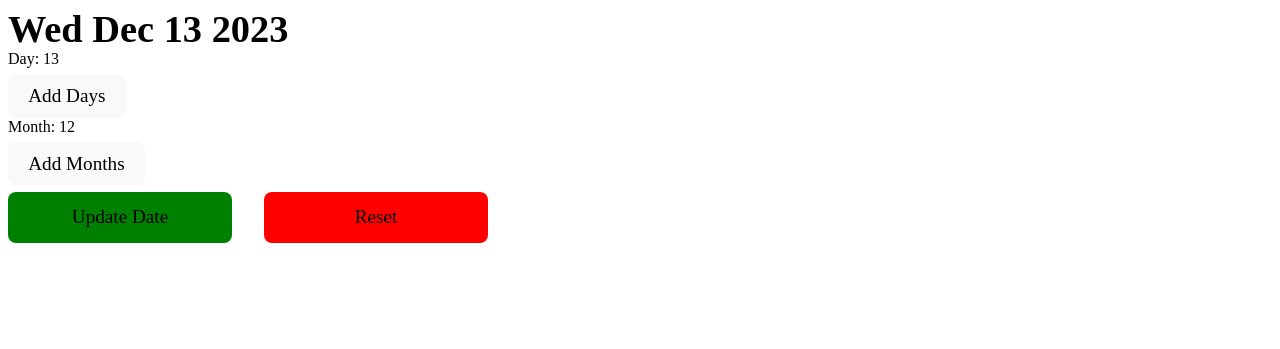
Repository: Tobby004/secondvue-assignment
Page: / (app in second-vue/)
These files come from the project's save history. The page is drawn as it stood at one moment and after the next save; the edit follows.
The browser window is 1280 px wide. The pictures show the whole page.
The project was rebuilt for these pictures with package versions that can differ from the ones it lists, and the page was loaded fresh each time. Also part of the build but not shown: second-vue/vue.config.js.

Above is the page before, as saved 2023-12-13 14:36:36.

### second-vue/src/main.js
import { createApp } from 'vue';
import App from './App.vue';

const app = createApp(App);

app.mount('#app');

### second-vue/src/App.vue
<template>
 <div class="container">
    <h1>{{ formattedDate }}</h1>

    <div>
      <p>
        Day: {{ newDay }}
        <span v-if="addedDay > 0">
          <template v-if="addedDay === 1"> (+ {{ addedDay }} day)</template>
          <template v-else> (+ {{ addedDay }} days)</template>
        </span>
      </p>
      <button @click="handleAddedDay">Add Days</button>
    </div>

    <div>
      <p>
        Month: {{ newMonth }}
        <span v-if="addedMonth > 0">
          <template v-if="addedMonth === 1"> (+ {{ addedMonth }} month)</template>
          <template v-else> (+ {{ addedMonth }} months)</template>
        </span>
      </p>
      <button @click="handleAddedMonth">Add Months</button>
    </div>

    <div class="action-btn">
      <button @click="handleChangeDate" class="change-btn" title="Click to set new date">
        Update Date
      </button>
      <button @click="handleReset" class="reset-btn">Reset</button>
    </div>
  </div>
</template>

<script>
export default {
  data() {
    return {
      currentDate: new Date(),
      addedDay: 0,
      addedMonth: 0,
    };
  },
  computed: {
    formattedDate() {
      return this.currentDate.toDateString();
    },
    newDay() {
      return this.addDay(this.addedDay).getDate();
    },
    newMonth() {
      return this.addMonth(this.addedMonth).getMonth() + 1;
    },
  },
  methods: {
    addDay(numberOfDays) {
      const newDate = new Date(this.currentDate);
      newDate.setDate(newDate.getDate() + numberOfDays);
      return newDate;
    },
    addMonth(numberOfMonths) {
      const newDate = new Date(this.currentDate);
      newDate.setMonth(newDate.getMonth() + numberOfMonths);
      return newDate;
    },
    handleAddedDay() {
      this.addedDay += 1;
    },
    handleAddedMonth() {
      this.addedMonth += 1;
    },
    handleChangeDate() {
      const resultDate = this.addMonth(this.addedMonth, this.addDay(this.addedDay));
      this.currentDate = resultDate;
    },
    handleReset() {
      this.currentDate = new Date();
      this.addedDay = 0;
      this.addedMonth = 0;
    },
  },
};
</script>


<style scoped>
:root {
  font-family: Inter, system-ui, Avenir, Helvetica, Arial, sans-serif;
  line-height: 1.5;
  font-weight: 400;
  color-scheme: light dark;
  color: rgba(255, 255, 255, 0.87);
  background-color: #242424;
  font-synthesis: none;
  text-rendering: optimizeLegibility;
  -webkit-font-smoothing: antialiased;
  -moz-osx-font-smoothing: grayscale;
}

/* Global styles */
* {
  margin: 0;
  padding: 0;
  box-sizing: border-box;
}

/* HTML styles */
html {
  /* 1rem = 10px(62.5%) */
  font-size: 62.5%;
}

/* Body styles */
body {
  min-width: 32rem;
  min-height: 100vh;
  font-size: 1.6rem;
  display: flex;
  place-items: center;
  justify-content: center;
  align-items: center;
}

/* Heading styles */
h1 {
  font-size: 2.4rem;
  line-height: 1.1;
}

/* Button styles */
button {
  border-radius: 8px;
  border: 1px solid transparent;
  padding: 0.6rem 1.2rem;
  margin-top: 0.4rem;
  font-size: 1.2rem;
  font-weight: 500;
  font-family: inherit;
  background-color: blue;
  cursor: pointer;
  transition: border-color 0.25s;
}

button:hover {
  border-color: #646cff;
}

button:focus,
button:focus-visible {
  outline: 4px auto -webkit-focus-ring-color;
}

/* App container styles */
#app {
  padding: 2rem;
  text-align: center;
}

/* .app styles */
.app {
  display: flex;
  flex-direction: column;
  align-items: center;
  gap: 2rem;
}

/* .action-btn styles */
.action-btn {
  display: flex;
  gap: 2rem;
}

.action-btn > button {
  width: 14rem;
  height: 3.2rem;
}

/* .change-btn styles */
.change-btn {
  background-color: green;
}

/* .reset-btn styles */
.reset-btn {
  background-color: red;
}

/* Media query for light color scheme */
@media (prefers-color-scheme: light) {
  :root {
    color: #213547;
    background-color: #ffffff;
  }

  button {
    background-color: #f9f9f9;
  }
}
</style>

Loaded but not shown: second-vue/public/index.html (common file)

After the next save:
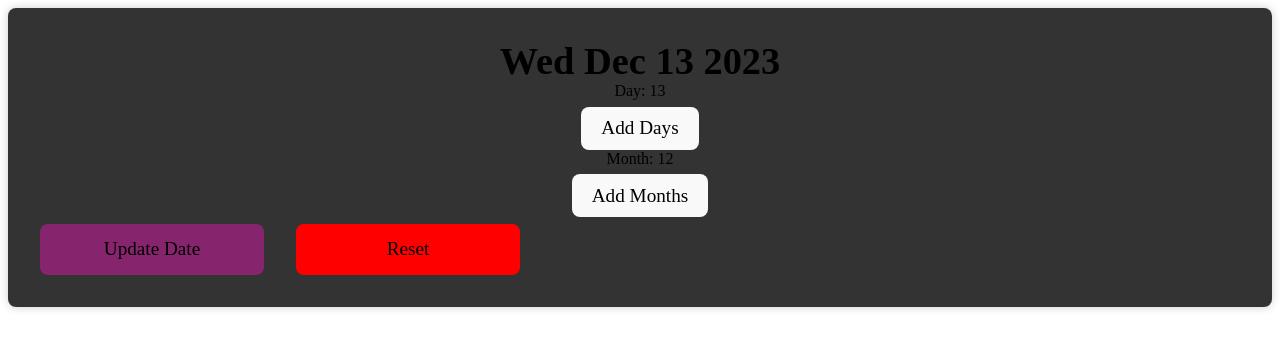
Saved 103 s later.
--- a/second-vue/src/App.vue
+++ b/second-vue/src/App.vue
@@ -97,21 +97,24 @@ export default {
   -webkit-font-smoothing: antialiased;
   -moz-osx-font-smoothing: grayscale;
 }
+.container {
+  background-color: #333;
+  padding: 2rem;
+  border-radius: 8px;
+  box-shadow: 0 0 10px rgba(0, 0, 0, 0.2);
+  text-align: center;
+}
 
-/* Global styles */
 * {
   margin: 0;
   padding: 0;
   box-sizing: border-box;
 }
 
-/* HTML styles */
 html {
-  /* 1rem = 10px(62.5%) */
   font-size: 62.5%;
 }
 
-/* Body styles */
 body {
   min-width: 32rem;
   min-height: 100vh;
@@ -122,13 +125,11 @@ body {
   align-items: center;
 }
 
-/* Heading styles */
 h1 {
   font-size: 2.4rem;
   line-height: 1.1;
 }
 
-/* Button styles */
 button {
   border-radius: 8px;
   border: 1px solid transparent;
@@ -151,13 +152,11 @@ button:focus-visible {
   outline: 4px auto -webkit-focus-ring-color;
 }
 
-/* App container styles */
 #app {
   padding: 2rem;
   text-align: center;
 }
 
-/* .app styles */
 .app {
   display: flex;
   flex-direction: column;
@@ -165,7 +164,6 @@ button:focus-visible {
   gap: 2rem;
 }
 
-/* .action-btn styles */
 .action-btn {
   display: flex;
   gap: 2rem;
@@ -176,9 +174,8 @@ button:focus-visible {
   height: 3.2rem;
 }
 
-/* .change-btn styles */
 .change-btn {
-  background-color: green;
+  background-color: rgb(135, 36, 110);
 }
 
 /* .reset-btn styles */
